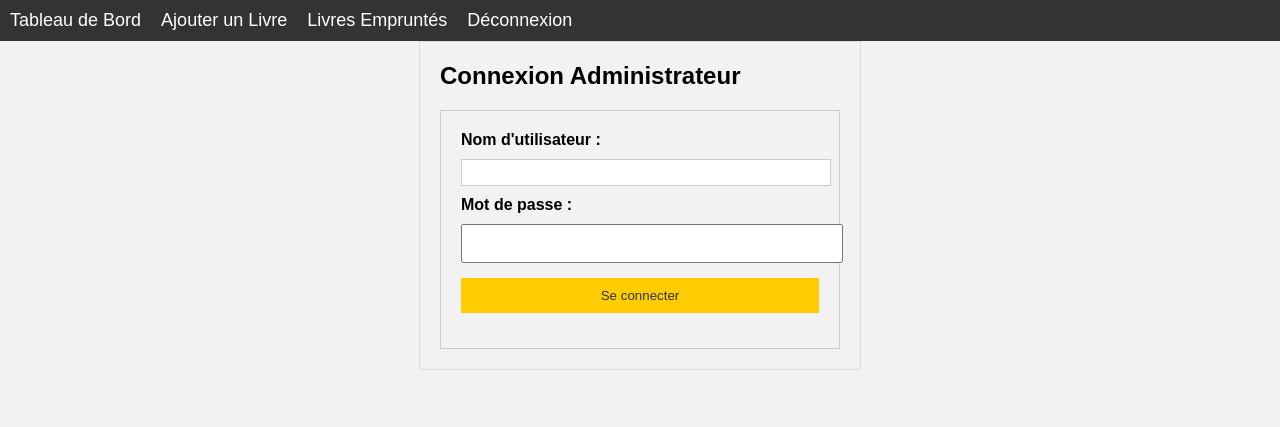
Repository: Eurin-lumen/space
Page: http://localhost/admin/admin_login.php
The author's editor kept a copy of each file at every save. The page is drawn from the files as they stood at one save, then again after the next save.
The browser window is 1280 px wide. The pictures show the whole page.
The page is run by PHP 8.4 with error messages shown; the project is at /var/www/html/.

Above is the page before, as saved 2023-07-23 03:58:16.

### admin/admin_login.php
<!DOCTYPE html>
<html>
<head>
    <title>Connexion Administrateur</title>
    <link rel="stylesheet" type="text/css" href="../css/style.css">
    <link rel="stylesheet" type="text/css" href="admin_style.css">
</head>
<body>
    <?php include 'admin_nav.php'; ?>

    <div class="login-form">
        <h2>Connexion Administrateur</h2>
        <?php
        // Inclure le fichier de fonctions
        require_once '../includes/functions.php';

        // Vérifier si l'administrateur est déjà connecté
        if (isAdminLoggedIn()) {
            header("Location: admin_dashboard.php");
            exit();
        }

        // Vérifier si le formulaire de connexion a été soumis
        if ($_SERVER["REQUEST_METHOD"] == "POST") {
            // Récupérer les données du formulaire
            $username = $_POST["username"];
            $password = $_POST["password"];

            // Connecter l'administrateur
            $result = adminLogin($username, $password);

            if ($result === true) {
                // Rediriger vers le tableau de bord de l'administrateur après une connexion réussie
                header("Location: admin_dashboard.php");
                exit();
            } elseif ($result === false) {
                echo '<p class="error-message">Nom d\'utilisateur ou mot de passe incorrect.</p>';
            }
        }
        ?>

        <form action="" method="post">
            <label for="username">Nom d'utilisateur :</label>
            <input type="text" id="username" name="username" required>

            <label for="password">Mot de passe :</label>
            <input type="password" id="password" name="password" required>

            <input type="submit" value="Se connecter">
        </form>
    </div>
</body>
</html>

### admin/admin_nav.php
<nav class="admin-nav">
    <ul>
        <li><a href="admin_dashboard.php">Tableau de Bord</a></li>
        <li><a href="add_book.php">Ajouter un Livre</a></li>
        <li><a href="borrowed_books.php">Livres Empruntés</a></li>
        <li><a href="admin_logout.php">Déconnexion</a></li>
    </ul>
</nav>

### includes/functions.php
<?php
require_once 'config.php';
///* CAPITAINE *////

// Fonction pour récupérer tous les livres de la base de données
function getAllBooks() {
    global $conn;

    $sql = "SELECT * FROM books";
    $result = mysqli_query($conn, $sql);

    $books = array();

    while ($row = mysqli_fetch_assoc($result)) {
        $books[] = $row;
    }

    return $books;
}


//**END CAPITAINE */

// Fonction pour vérifier les informations de connexion de l'utilisateur
function checkLogin($username, $password) {
    global $conn;
    $sql = "SELECT id, password FROM users WHERE username = ?";
    $stmt = mysqli_prepare($conn, $sql);

    if (!$stmt) {
        return false;
    }

    mysqli_stmt_bind_param($stmt, "s", $username);
    mysqli_stmt_execute($stmt);
    mysqli_stmt_bind_result($stmt, $user_id, $hashed_password);
    mysqli_stmt_fetch($stmt);
    mysqli_stmt_close($stmt);

    // Vérifier si le mot de passe haché correspond au mot de passe saisi
    if (password_verify($password, $hashed_password)) {
        return $user_id;
    } else {
        return false;
    }
}

// Fonction pour ajouter un nouvel utilisateur
function addUser($username, $hashed_password) {
    global $conn;
    $sql = "INSERT INTO users (username, password) VALUES (?, ?)";
    $stmt = mysqli_prepare($conn, $sql);

    if (!$stmt) {
        return false;
    }

    mysqli_stmt_bind_param($stmt, "ss", $username, $hashed_password);
    $result = mysqli_stmt_execute($stmt);
    mysqli_stmt_close($stmt);

    return $result;
}

// Fonction pour récupérer les informations de l'utilisateur par son ID
function getUserById($user_id) {
    global $conn;
    $sql = "SELECT id, username, role FROM users WHERE id = ?";
    $stmt = mysqli_prepare($conn, $sql);

    if (!$stmt) {
        return null;
    }

    mysqli_stmt_bind_param($stmt, "i", $user_id);
    mysqli_stmt_execute($stmt);
    mysqli_stmt_bind_result($stmt, $id, $username, $role);
    mysqli_stmt_fetch($stmt);
    mysqli_stmt_close($stmt);

    if (!$id) {
        return null;
    }

    return ['id' => $id, 'username' => $username, 'role' => $role];
}

// Fonction pour récupérer les informations de l'utilisateur par son nom d'utilisateur
function getUserByUsername($username) {
    global $conn;
    $sql = "SELECT id, username FROM users WHERE username = ?";
    $stmt = mysqli_prepare($conn, $sql);

    if (!$stmt) {
        return null;
    }

    mysqli_stmt_bind_param($stmt, "s", $username);
    mysqli_stmt_execute($stmt);
    mysqli_stmt_bind_result($stmt, $id, $username);
    mysqli_stmt_fetch($stmt);
    mysqli_stmt_close($stmt);

    if (!$id) {
        return null;
    }

    return ['id' => $id, 'username' => $username];
}


// Fonction pour récupérer les livres empruntés par un utilisateur par son ID
function getBorrowedBooksByUserId($user_id) {
    global $conn;

    $sql = "SELECT books.title, books.author, books.borrow_date FROM borrowed_books JOIN books ON borrowed_books.book_id = books.id WHERE borrowed_books.user_id = ?";
    $stmt = mysqli_prepare($conn, $sql);

    if (!$stmt) {
        return array();
    }

    mysqli_stmt_bind_param($stmt, "i", $user_id);

    if (mysqli_stmt_execute($stmt)) {
        $result = mysqli_stmt_get_result($stmt);
        $borrowedBooks = array();
        while ($book = mysqli_fetch_assoc($result)) {
            $borrowedBooks[] = $book;
        }
        return $borrowedBooks;
    } else {
        return array();
    }
}

// Fonction pour récupérer les informations d'un livre à partir de son identifiant
function getBookById($bookId) {
    global $conn;

    // Préparer la requête SQL pour récupérer les informations du livre
    $sql = "SELECT * FROM books WHERE id = ?";
    $stmt = mysqli_prepare($conn, $sql);

    // Vérifier si la préparation de la requête a réussi
    if (!$stmt) {
        return null; // Une erreur s'est produite lors de la préparation de la requête
    }

    mysqli_stmt_bind_param($stmt, "i", $bookId);

    // Exécuter la requête
    if (mysqli_stmt_execute($stmt)) {
        // Récupérer le résultat de la requête
        $result = mysqli_stmt_get_result($stmt);

        // Vérifier si un livre a été trouvé
        if (mysqli_num_rows($result) === 1) {
            // Récupérer les informations du livre
            $book = mysqli_fetch_assoc($result);
            return $book; // Retourner les informations du livre
        } else {
            return null; // Aucun livre trouvé avec l'identifiant donné
        }
    } else {
        return null; // Une erreur s'est produite lors de l'exécution de la requête
    }
}


// Fonction pour emprunter un livre
function borrowBook($userId, $bookId) {
    global $conn;

    // Vérifier le nombre d'emprunts en cours de l'utilisateur
    $borrowedBooksCount = getBorrowedBooksCount($userId);
    if ($borrowedBooksCount >= 3) {
        return false; // Limite d'emprunts atteinte, impossible d'emprunter plus de livres
    }

    // Vérifier si le livre est disponible (au moins une copie disponible)
    $book = getBookById($bookId);
    if ($book['copies'] <= 0) {
        return false; // Livre indisponible, aucune copie disponible pour l'emprunt
    }

    // Préparer la requête SQL pour enregistrer l'emprunt du livre
    $sql = "INSERT INTO borrowings (user_id, book_id, borrow_date) VALUES (?, ?, NOW())";
    $stmt = mysqli_prepare($conn, $sql);

    // Vérifier si la préparation de la requête a réussi
    if (!$stmt) {
        return false; // Une erreur s'est produite lors de la préparation de la requête
    }

    mysqli_stmt_bind_param($stmt, "ii", $userId, $bookId);

    // Exécuter la requête
    if (mysqli_stmt_execute($stmt)) {
        // Mettre à jour le nombre de copies disponibles du livre
        $updatedCopies = $book['copies'] - 1;
        updateBookCopies($bookId, $updatedCopies);
        return true; // Livre emprunté avec succès
    } else {
        return false; // Une erreur s'est produite lors de l'emprunt du livre
    }
}

// Fonction pour retourner un livre
function returnBook($userId, $bookId) {
    global $conn;

    // Vérifier si l'utilisateur a emprunté le livre
    if (!isBookBorrowedByUser($userId, $bookId)) {
        return false; // L'utilisateur n'a pas emprunté ce livre, impossible de le retourner
    }

    // Préparer la requête SQL pour supprimer l'emprunt du livre
    $sql = "DELETE FROM borrowings WHERE user_id = ? AND book_id = ?";
    $stmt = mysqli_prepare($conn, $sql);

    // Vérifier si la préparation de la requête a réussi
    if (!$stmt) {
        return false; // Une erreur s'est produite lors de la préparation de la requête
    }

    mysqli_stmt_bind_param($stmt, "ii", $userId, $bookId);

    // Exécuter la requête
    if (mysqli_stmt_execute($stmt)) {
        // Mettre à jour le nombre de copies disponibles du livre
        $book = getBookById($bookId);
        $updatedCopies = $book['copies'] + 1;
        updateBookCopies($bookId, $updatedCopies);
        return true; // Livre retourné avec succès
    } else {
        return false; // Une erreur s'est produite lors du retour du livre
    }
}


// Fonction pour récupérer le nombre d'emprunts d'un utilisateur
function getBorrowedBooksCount($userId) {
    global $conn;

    // Préparer la requête SQL pour compter le nombre d'emprunts de l'utilisateur
    $sql = "SELECT COUNT(*) AS count FROM borrowings WHERE user_id = ?";
    $stmt = mysqli_prepare($conn, $sql);

    // Vérifier si la préparation de la requête a réussi
    if (!$stmt) {
        return 0; // Une erreur s'est produite lors de la préparation de la requête
    }

    mysqli_stmt_bind_param($stmt, "i", $userId);

    // Exécuter la requête
    mysqli_stmt_execute($stmt);

    // Récupérer le résultat de la requête
    $result = mysqli_stmt_get_result($stmt);

    // Récupérer le nombre d'emprunts
    $row = mysqli_fetch_assoc($result);
    $count = $row['count'];

    return $count;
}


// Fonction pour vérifier si un livre est emprunté par un utilisateur
function isBookBorrowedByUser($userId, $bookId) {
    global $conn;

    // Préparer la requête SQL pour vérifier si le livre est emprunté par l'utilisateur
    $sql = "SELECT * FROM borrowings WHERE user_id = ? AND book_id = ?";
    $stmt = mysqli_prepare($conn, $sql);

    // Vérifier si la préparation de la requête a réussi
    if (!$stmt) {
        return false; // Une erreur s'est produite lors de la préparation de la requête
    }

    mysqli_stmt_bind_param($stmt, "ii", $userId, $bookId);

    // Exécuter la requête
    mysqli_stmt_execute($stmt);

    // Récupérer le résultat de la requête
    $result = mysqli_stmt_get_result($stmt);

    // Vérifier si le livre est emprunté par l'utilisateur
    if (mysqli_num_rows($result) > 0) {
        return true; // Le livre est emprunté par l'utilisateur
    } else {
        return false; // Le livre n'est pas emprunté par l'utilisateur
    }
}

// Fonction pour rechercher des livres par titre ou auteur
function searchBooks($keyword) {
    global $conn;
    $sql = "SELECT * FROM books WHERE title LIKE ? OR author LIKE ?";
    $stmt = mysqli_prepare($conn, $sql);

    if (!$stmt) {
        return null;
    }

    $searchKeyword = "%" . $keyword . "%";
    mysqli_stmt_bind_param($stmt, "ss", $searchKeyword, $searchKeyword);
    mysqli_stmt_execute($stmt);
    $result = mysqli_stmt_get_result($stmt);
    mysqli_stmt_close($stmt);

    $books = array();
    while ($row = mysqli_fetch_assoc($result)) {
        $books[] = $row;
    }

    return $books;
}


/** PART ADMIN */

function getAdminById($admin_id) {
    global $conn;
    $sql = "SELECT id, username FROM admins WHERE id = ?";
    $stmt = mysqli_prepare($conn, $sql);

    if (!$stmt) {
        return null;
    }

    mysqli_stmt_bind_param($stmt, "i", $admin_id);
    mysqli_stmt_execute($stmt);
    mysqli_stmt_bind_result($stmt, $id, $username);
    mysqli_stmt_fetch($stmt);
    mysqli_stmt_close($stmt);

    if (!$id) {
        return null;
    }

    return ['id' => $id, 'username' => $username];
}

function getAdminByUsername($username) {
    global $conn;
    $sql = "SELECT id, username, password FROM admins WHERE username = ?";
    $stmt = mysqli_prepare($conn, $sql);

    if (!$stmt) {
        return null;
    }

    mysqli_stmt_bind_param($stmt, "s", $username);
    mysqli_stmt_execute($stmt);
    mysqli_stmt_bind_result($stmt, $id, $username, $hashedPassword);
    mysqli_stmt_fetch($stmt);
    mysqli_stmt_close($stmt);

    if (!$id) {
        return null;
    }

    return ['id' => $id, 'username' => $username, 'password' => $hashedPassword];
}

// Fonction pour enregistrer un nouvel administrateur

function registerAdmin($username, $password, $confirm_password) {
    global $conn;

    // Vérifier si les mots de passe correspondent
    if ($password !== $confirm_password) {
        return false; // Les mots de passe ne correspondent pas
    }

    // Vérifier si l'administrateur existe déjà dans la base de données
    $query = "SELECT id FROM admins WHERE username = ?";
    $stmt = mysqli_prepare($conn, $query);

    if (!$stmt) {
        return false; // Une erreur s'est produite lors de la préparation de la requête
    }

    mysqli_stmt_bind_param($stmt, "s", $username);
    mysqli_stmt_execute($stmt);
    mysqli_stmt_store_result($stmt);

    if (mysqli_stmt_num_rows($stmt) > 0) {
        return false; // L'administrateur existe déjà
    }

    // Hasher le mot de passe avant de l'enregistrer dans la base de données
    $hashed_password = password_hash($password, PASSWORD_DEFAULT);

    // Insérer le nouvel administrateur dans la base de données
    $query = "INSERT INTO admins (username, password) VALUES (?, ?)";
    $stmt = mysqli_prepare($conn, $query);

    if (!$stmt) {
        return false; // Une erreur s'est produite lors de la préparation de la requête
    }

    mysqli_stmt_bind_param($stmt, "ss", $username, $hashed_password);

    if (mysqli_stmt_execute($stmt)) {
        return true; // L'administrateur a été enregistré avec succès
    } else {
        return false; // Une erreur s'est produite lors de l'enregistrement de l'administrateur
    }
}

// Fonction pour vérifier si l'administrateur est connecté
function isAdminLoggedIn() {
    return isset($_SESSION['admin_id']);
}

// Fonction pour gérer la connexion de l'administrateur
function adminLogin($username, $password) {
    global $conn;

    // Vérifier si l'administrateur existe dans la base de données
    $admin = getAdminByUsername($username);

    if (!$admin) {
        return false; // L'administrateur n'existe pas
    }

    // Vérifier le mot de passe
    if (password_verify($password, $admin['password'])) {
        // Le mot de passe est correct, enregistrer l'ID de l'administrateur dans la session
        $_SESSION['admin_id'] = $admin['id'];
        return true; // Connexion réussie
    } else {
        return false; // Mot de passe incorrect
    }
}

### includes/config.php
<?php
// Configuration de la base de données
define('DB_HOST', 'localhost'); // Adresse du serveur de la base de données
define('DB_USER', 'root'); // Nom d'utilisateur de la base de données
define('DB_PASS', ''); // Mot de passe de la base de données
define('DB_NAME', 'library_management'); // Nom de la base de données

// Connexion à la base de données
$conn = mysqli_connect(DB_HOST, DB_USER, DB_PASS, DB_NAME);

// Vérifier la connexion
if (!$conn) {
    die("La connexion à la base de données a échoué : " . mysqli_connect_error());
}
?>

### css/style.css
/* Style commun pour toutes les pages */
body {
    font-family: Arial, sans-serif;
    margin: 0;
    padding: 0;
  }

  header {
    background-color: #333;
    color: #fff;
    padding: 10px;
    text-align: center;
  }

  main {
    padding: 20px;
  }

  /* Style spécifique pour la page search.php */
  .search-container {
    text-align: center;
  }

  .search-title {
    font-size: 24px;
    font-weight: bold;
    margin-bottom: 20px;
  }

  .search-form {
    display: flex;
    justify-content: center;
  }

  .search-input {
    padding: 10px;
    font-size: 16px;
    border: 1px solid #ccc;
    border-radius: 5px;
  }

  .search-button {
    padding: 10px 20px;
    background-color: #4CAF50;
    color: #fff;
    font-size: 16px;
    border: none;
    border-radius: 5px;
    cursor: pointer;
    margin-left: 10px;
  }

  .search-results {
    margin-top: 30px;
  }

  .search-result {
    border: 1px solid #ccc;
    border-radius: 5px;
    padding: 10px;
    margin-bottom: 10px;
  }

  .search-title {
    font-size: 20px;
    font-weight: bold;
  }

  .search-author {
    font-size: 16px;
    color: #888;
  }

  .search-description {
    font-size: 14px;
    color: #444;
  }


  /* Styles de base pour toute l'application */

/* Style du body */
body {
    font-family: Arial, sans-serif;
    margin: 0;
    padding: 0;
    background-color: #f2f2f2;
}

/* Style des liens */
a {
    color: #009688;
    text-decoration: none;
}

a:hover {
    color: #00796b;
}

/* Style des messages d'erreur */
.error-message {
    color: #ff0000;
}

/* Autres styles */
/* Vous pouvez ajouter d'autres styles de base spécifiques à votre projet */

### admin/admin_style.css
/* Styles spécifiques pour l'interface administrateur */

/* Style de la navigation */
.admin-nav {
    background-color: #333;
    padding: 10px;
}

.admin-nav ul {
    list-style-type: none;
    margin: 0;
    padding: 0;
    display: flex;
}

.admin-nav li {
    margin-right: 20px;
}

.admin-nav a {
    color: #fff;
    text-decoration: none;
    font-size: 18px;
}

.admin-nav a:hover {
    color: #ffcc00;
}

/* Style du tableau de bord administrateur */
.admin-dashboard {
    padding: 20px;
}

.admin-dashboard h2 {
    margin-bottom: 20px;
}

/* Style du formulaire d'ajout de livre */
.add-book-form {
    max-width: 500px;
    margin: 0 auto;
}

.add-book-form label,
.add-book-form input,
.add-book-form textarea,
.add-book-form select {
    display: block;
    width: 100%;
    margin-bottom: 15px;
}

.add-book-form input[type="submit"] {
    background-color: #ffcc00;
    color: #333;
    border: none;
    padding: 10px 20px;
    cursor: pointer;
}

.add-book-form input[type="submit"]:hover {
    background-color: #ffc000;
}

/* Style de la liste des livres */
.book-list {
    margin-top: 20px;
}

.book-list th,
.book-list td {
    padding: 10px;
    text-align: left;
    border-bottom: 1px solid #ddd;
}

.book-list th {
    background-color: #f2f2f2;
}

.book-list td.actions {
    white-space: nowrap;
}

/* Style du bouton pour consulter le PDF */
.view-pdf-button {
    background-color: #009688;
    color: #fff;
    border: none;
    padding: 5px 10px;
    border-radius: 3px;
    text-decoration: none;
}

.view-pdf-button:hover {
    background-color: #00796b;
}

/* Styles communs à l'interface utilisateur et administrateur */
/* Vous pouvez les définir dans le fichier style.css */

/* Style du header */
header {
    background-color: #333;
    padding: 20px;
    color: #fff;
    text-align: center;
}

header h1 {
    margin: 0;
}

/* Style du formulaire de connexion et d'inscription */
.login-form,
.register-form {
    max-width: 400px;
    margin: 0 auto;
    padding: 20px;
    border: 1px solid #ddd;
}

.login-form h2,
.register-form h2 {
    margin-bottom: 20px;
}

.login-form label,
.register-form label {
    display: block;
    margin-bottom: 10px;
}

.login-form input,
.register-form input {
    width: 100%;
    padding: 10px;
    margin-bottom: 15px;
}

.login-form input[type="submit"],
.register-form input[type="submit"] {
    background-color: #ffcc00;
    color: #333;
    border: none;
    padding: 10px 20px;
    cursor: pointer;
}

.login-form input[type="submit"]:hover,
.register-form input[type="submit"]:hover {
    background-color: #ffc000;
}

/* Style du footer */
footer {
    background-color: #333;
    padding: 10px;
    color: #fff;
    text-align: center;
}

/* Autres styles */
/* Styles communs */

/* Reset des marges et des paddings */
body, h1, h2, h3, h4, h5, h6, p, ul, li, form {
    margin: 0;
    padding: 0;
}

/* Police de caractère par défaut */
body {
    font-family: Arial, sans-serif;
}

/* Styles des en-têtes de page */
header {
    background-color: #333;
    color: #fff;
    padding: 20px;
}

header h1 {
    font-size: 24px;
}

/* Styles de la navigation */
nav {
    background-color: #444;
    color: #fff;
    padding: 10px;
}

nav ul {
    list-style: none;
}

nav ul li {
    display: inline-block;
    margin-right: 20px;
}

nav ul li a {
    color: #fff;
    text-decoration: none;
}

/* Styles des formulaires */
form {
    margin-top: 20px;
    padding: 20px;
    border: 1px solid #ccc;
    max-width: 400px;
}

form label {
    display: block;
    margin-bottom: 5px;
    font-weight: bold;
}

form input[type="text"],
form input[type="number"],
form textarea {
    width: 100%;
    padding: 5px;
    margin-bottom: 10px;
    border: 1px solid #ccc;
}

form input[type="submit"] {
    background-color: #333;
    color: #fff;
    padding: 10px 15px;
    border: none;
    cursor: pointer;
}

/* Styles spécifiques */

/* Styles pour admin_dashboard.php */
.admin-container {
    margin: 20px;
}

.admin-container table {
    width: 100%;
    border-collapse: collapse;
    margin-bottom: 20px;
}

.admin-container th, .admin-container td {
    padding: 10px;
    border: 1px solid #ccc;
}

.admin-container th {
    background-color: #444;
    color: #fff;
}

/* Styles pour add_book.php, edit_book.php, delete_book.php */
.admin-container form {
    width: 100%;
    max-width: 500px;
}

.admin-container form label {
    font-size: 16px;
}

.admin-container form input[type="file"] {
    margin-top: 10px;
}

.admin-container form a {
    display: inline-block;
    margin-top: 10px;
    color: #333;
    text-decoration: none;
}

.admin-container form a:hover {
    text-decoration: underline;
}

After the next save:
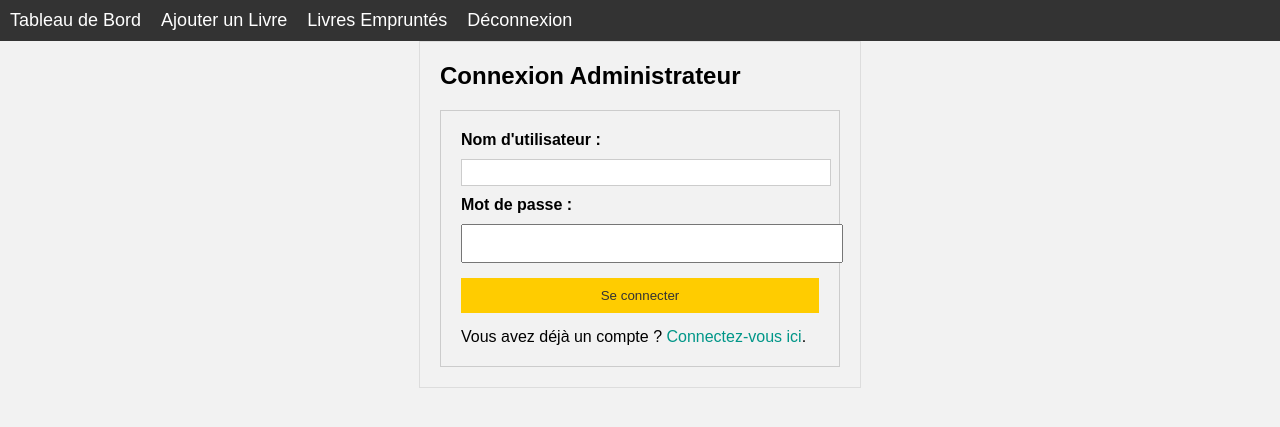
Saved 3 min 59 s later.
--- a/admin/admin_login.php
+++ b/admin/admin_login.php
@@ -47,6 +47,9 @@
             <input type="password" id="password" name="password" required>
 
             <input type="submit" value="Se connecter">
+
+            <p>Vous avez déjà un compte ? <a href="admin_login.php">Connectez-vous ici</a>.</p>
+
         </form>
     </div>
 </body>
